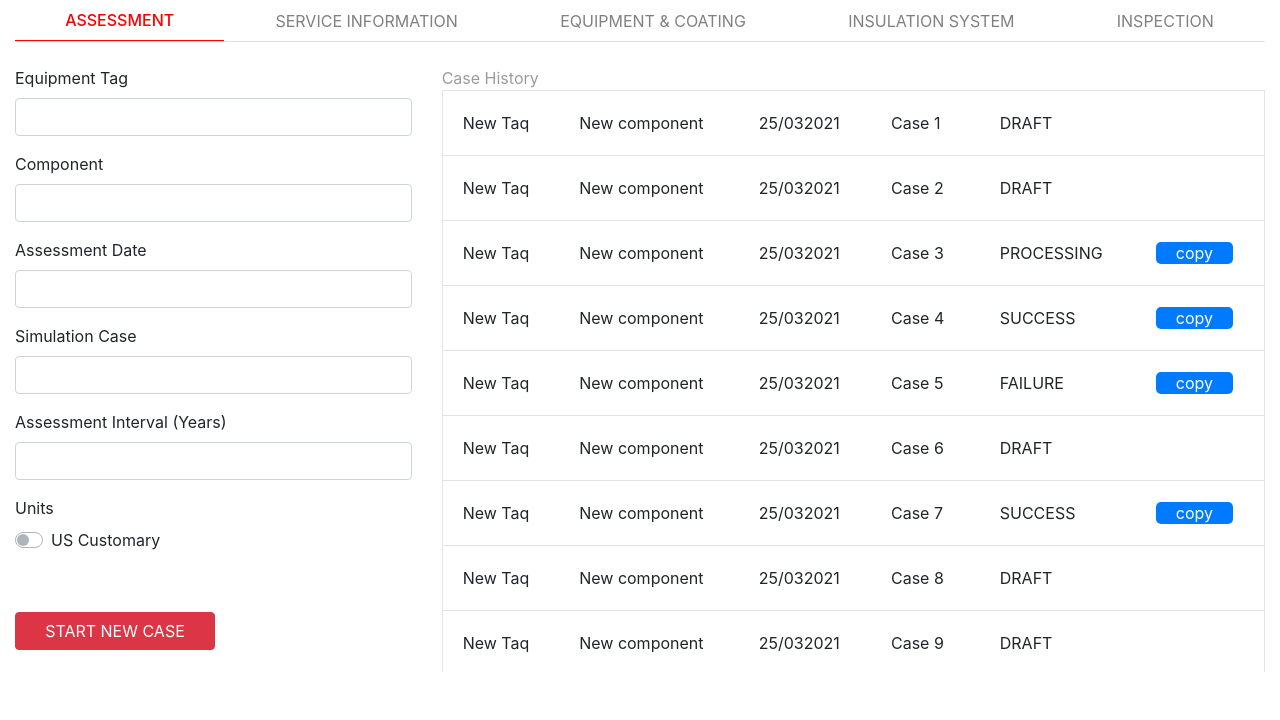
Repository: arif286/dashboard
Page: /
The author's editor kept a copy of each file at every save. The page is drawn from the files as they stood at one save, then again after the next save.
The browser window is 1280 px wide. The pictures show the whole page.
An inner scrolling area shows only its first screen. The project was rebuilt for these pictures with package versions that can differ from the ones it lists, and the page was loaded fresh each time. The framework's server and built-in components were replaced by stand-ins that run in the browser. Also part of the build but not shown: nuxt.config.js, components/Nav.vue.

Above is the page before, as saved 2021-06-18 20:39:28.

### components/Form.vue
<template>
  <div>
    <form class="Assessment-input" action="">
      <div class="mb-3">
        <label for="Input1" class="form-label">Equipment Tag</label>
        <input id="Input1" type="text" class="form-control">
      </div>
      <div class="mb-3">
        <label for="Input2" class="form-label">Component</label>
        <input id="Input2" type="text" class="form-control">
      </div>
      <div class="mb-3">
        <label for="Input3" class="form-label">Assessment Date</label>
        <input id="Input3" type="text" class="form-control">
      </div>
      <div class="mb-3">
        <label for="Input4" class="form-label">Simulation Case</label>
        <input id="Input4" type="text" class="form-control">
      </div>
      <div class="mb-3">
        <label for="Input5" class="form-label">Assessment Interval (Years)</label>
        <input id="Input5" type="text" class="form-control">
      </div>
      <div>
        <label for="Input5" class="form-label">Units</label>
        <b-form-checkbox v-model="checked" name="check-button" switch>
          US Customary
        </b-form-checkbox>
      </div>
      <b-button class="submit-button" type="submit" variant="danger">
        START NEW CASE
      </b-button>
    </form>
  </div>
</template>
<script>
export default {
  data () {
    return {
      form: {
        email: '',
        name: '',
        food: null,
        checked: []
      },
      foods: [
        { text: 'Select One', value: null },
        'Carrots',
        'Beans',
        'Tomatoes',
        'Corn'
      ],
      show: true,
      checked: false
    }
  },
  methods: {
    onSubmit (event) {
      event.preventDefault()
      alert(JSON.stringify(this.form))
    }
  }
}
</script>
<style>
.submit-button {
  width: 200px;
  margin-top: 60px;
}
.Assessment-input input:focus {
  border-color: red;
  box-shadow: none;
}
</style>

### components/Table.vue
<template>
  <div class="table-contain">
    <p class="title">
      Case History
    </p>
    <table class="w-100 table-border">
      <tbody>
        <tr v-for="item in data" :key="item.id">
          <td>{{ item.equipmentTag }}</td>
          <td>{{ item.component }}</td>
          <td>{{ item.assessmentDate }}</td>
          <td>Case {{ item.case }}</td>
          <td>
            <span>
              {{ item.status }}
            </span>
          </td>
          <td>
            <span :class="item.copy ? 'copy-btn' : ''">{{ item.copy ? 'copy' : '' }}</span>
          </td>
        </tr>
      </tbody>
    </table>
  </div>
</template>

<script>
export default {
  props: {
    data: {
      type: Array,
      required: true
    }
  }
}
</script>
<style scoped>

.table-border tr{
 border: 1px solid #e6e2e2;
}
.table-border td{
  padding: 20px;
}
.title{
  margin-bottom: 0px;
  color: #a09b9b;
}
.table-contain {
  height: 606px;
  overflow-y: scroll;
}
.copy-btn{
  background-color: #007bff;
  padding: 1px 20px;
  color: white;
  border-radius: 5px;
}
.status-draft{
  color: #007bff;
}
.status-process{
  color: orange;
}
.status-success{
  color: greenyellow;
}
.status-failure{
  color: red;
}
</style>

### pages/index.vue
<template>
  <div class="container">
    <div>
      <b-tabs active-nav-item-class="tab-title" content-class="mt-3" fill>
        <b-tab title="ASSESSMENT" active>
          <div class="row mt-4">
            <div class="col-4">
              <Form />
            </div>
            <div class="col-8">
              <Table :data="dashboardData" />
            </div>
          </div>
        </b-tab>
        <b-tab title="SERVICE INFORMATION">
          <p>I'm the second tab</p>
        </b-tab>
        <b-tab title="EQUIPMENT & COATING">
          <p>I'm the tab with the very, very long title</p>
        </b-tab>
        <b-tab title="INSULATION SYSTEM">
          <p>I'm a disabled tab!</p>
        </b-tab>
        <b-tab title="INSPECTION">
          <p>I'm a Inspection!</p>
        </b-tab>
      </b-tabs>
    </div>
  </div>
</template>

<script>
import { dashboardData } from '@/assets/dashboard.js'
// eslint-disable-next-line semi
export default {
  data () {
    return { dashboardData }
  }
}
</script>

<style>
.container {
  max-width: 1860px;
}
.tab-title{
  color: red !important;
  font-weight: 500;
  border: none !important;
  border-bottom: 1px solid red !important;

}
a{
  color: gray;
}
a:hover{
  color: gray;
  border-color: none;
}
</style>

### assets/dashboard.js
export const dashboardData = [
  {
    id: 1,
    equipmentTag: 'New Taq',
    component: 'New component',
    assessmentDate: '25/032021',
    case: 1,
    status: 'DRAFT'
  },
  {
    id: 2,
    equipmentTag: 'New Taq',
    component: 'New component',
    assessmentDate: '25/032021',
    case: 2,
    status: 'DRAFT'
  },
  {
    id: 3,
    equipmentTag: 'New Taq',
    component: 'New component',
    assessmentDate: '25/032021',
    case: 3,
    status: 'PROCESSING',
    copy: true
  },
  {
    id: 4,
    equipmentTag: 'New Taq',
    component: 'New component',
    assessmentDate: '25/032021',
    case: 4,
    status: 'SUCCESS',
    copy: true
  },
  {
    id: 5,
    equipmentTag: 'New Taq',
    component: 'New component',
    assessmentDate: '25/032021',
    case: 5,
    status: 'FAILURE',
    copy: true
  },
  {
    id: 6,
    equipmentTag: 'New Taq',
    component: 'New component',
    assessmentDate: '25/032021',
    case: 6,
    status: 'DRAFT'
  },
  {
    id: 7,
    equipmentTag: 'New Taq',
    component: 'New component',
    assessmentDate: '25/032021',
    case: 7,
    status: 'SUCCESS',
    copy: true
  },
  {
    id: 8,
    equipmentTag: 'New Taq',
    component: 'New component',
    assessmentDate: '25/032021',
    case: 8,
    status: 'DRAFT'
  },
  {
    id: 9,
    equipmentTag: 'New Taq',
    component: 'New component',
    assessmentDate: '25/032021',
    case: 9,
    status: 'DRAFT'
  },
  {
    id: 10,
    equipmentTag: 'New Taq',
    component: 'New component',
    assessmentDate: '25/032021',
    case: 10,
    status: 'DRAFT'
  }
]

Loaded but not shown: layouts/default.vue (common file)

After the next save:
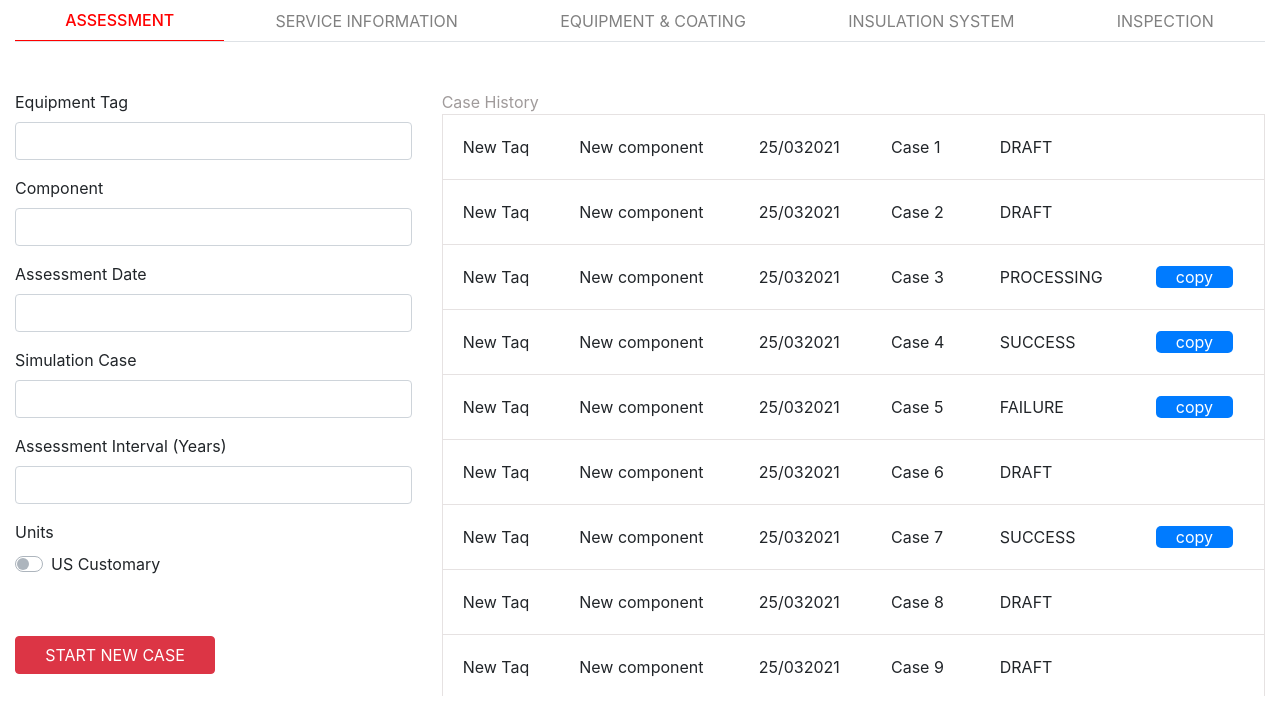
Saved 16 min 28 s later.
--- a/pages/index.vue
+++ b/pages/index.vue
@@ -3,7 +3,7 @@
     <div>
       <b-tabs active-nav-item-class="tab-title" content-class="mt-3" fill>
         <b-tab title="ASSESSMENT" active>
-          <div class="row mt-4">
+          <div class="row mt-5">
             <div class="col-4">
               <Form />
             </div>
